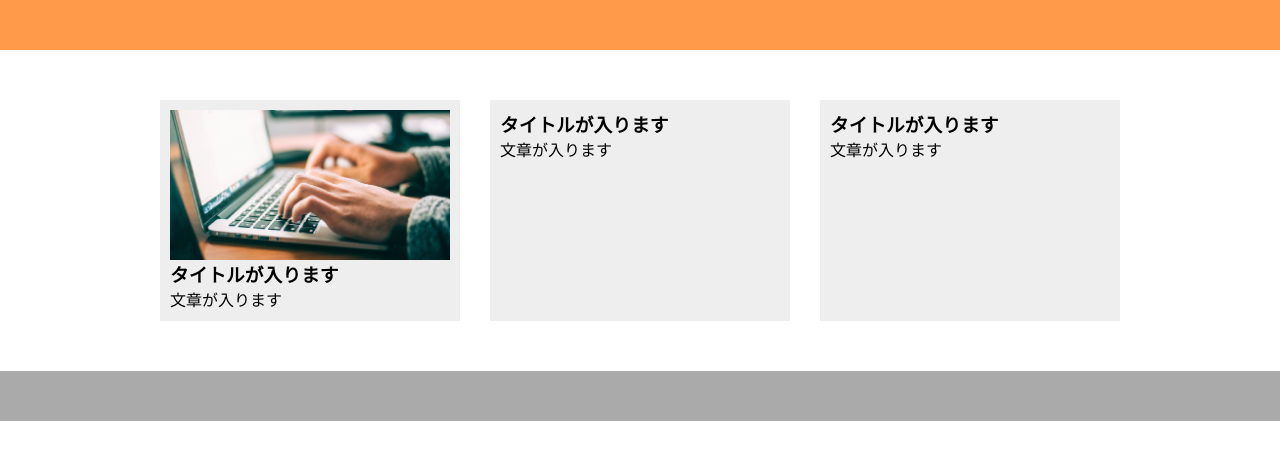
Repository: yofuu/caravan-chapter4
Page: chpter9/chapter10.html
The author's editor kept a record of every edit. The page is drawn from the files as they stood at one moment, then again after the next edit.
The browser window is 1280 px wide. The pictures show the whole page.

Above is the page before.

### chpter9/chapter10.html
<!DOCTYPE html>
<html lang="ja">
  <head>
    <meta charset="UTF-8" />
    <link rel="stylesheet" href="chapter10.css" />
    <title>HTML.１０章確認問題</title>
  </head>

  <body>
    <header></header>

    <main>
      <div class="step-box">
      <div class="blog-img1"></div>
      <h3>タイトルが入ります</h3>
      <p>文章が入ります</p>
      </div>

      <div class="step-box">
      <div class="blog-img2"></div>
      <h3>タイトルが入ります</h3>
      <p>文章が入ります</p>
      </div>

      <div class="step-box">
      <div class="blog-img3"></div>
      <h3>タイトルが入ります</h3>
      <p>文章が入ります</p>
      </div>
    </main>

    <footer></footer>

  </body>
</html>

### chpter9/chapter10.css
* {
  box-sizing: border-box;
  margin: 0;
  padding: 0;
}

header {
  height: 50px;
  background-color: #ff9a4b;
}

main {
  width: 960px;
  margin: 50px auto;
  display: flex;
}

.step-box {
  width: 300px;
  margin-right: 30px;
  padding: 10px;
  position: relative;
  background-color: #eee;
}

.step-box:last-child {
  margin-right: 0;
}

.blog-img1 {
  height: 150px;
  background-image: url(img/flow01.png);
  background-position: bottom;
  background-size: cover;
}

.-img2 {
  height: 150px;
  background-image: url(img/flow02.png);
  background-position: bottom;
  background-size: cover;
}
.step-img3 {
  height: 150px;
  background-image: url(img/flow03.png);
  background-position: bottom;
  background-size: cover;
}

.step-num {
  position: absolute;
  top: 0;
  left: 0;
  background-color: #ff9a4b;
  color: #fff;
}

.title {
  margin: 15px 0 5px;
}

footer {
  height: 50px;
  background-color: #aaa;
}

After the next edit:
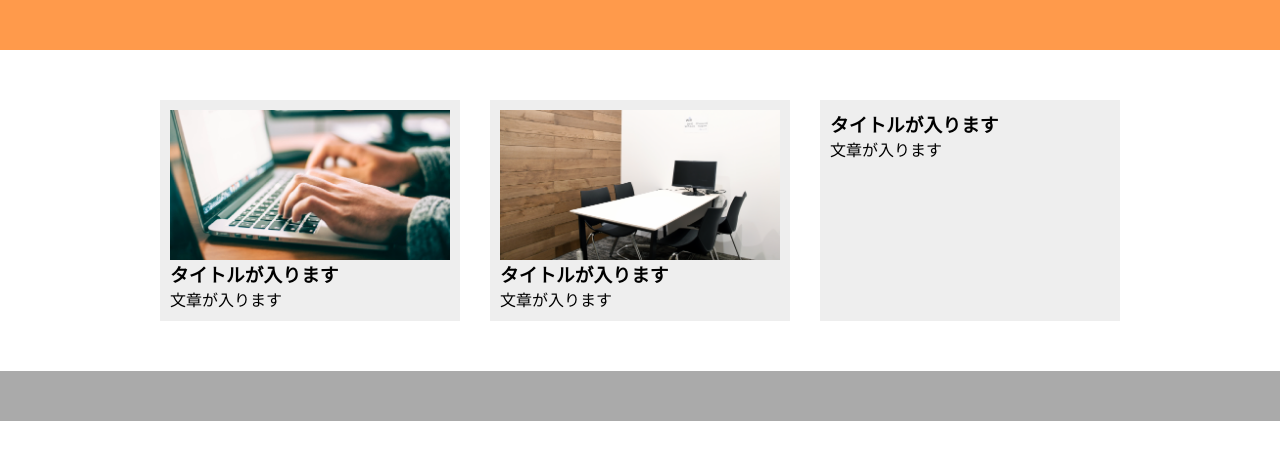
The edit:
--- a/chpter9/chapter10.css
+++ b/chpter9/chapter10.css
@@ -34,7 +34,7 @@
   background-size: cover;
 }
 
-.-img2 {
+.blog-img2 {
   height: 150px;
   background-image: url(img/flow02.png);
   background-position: bottom;
